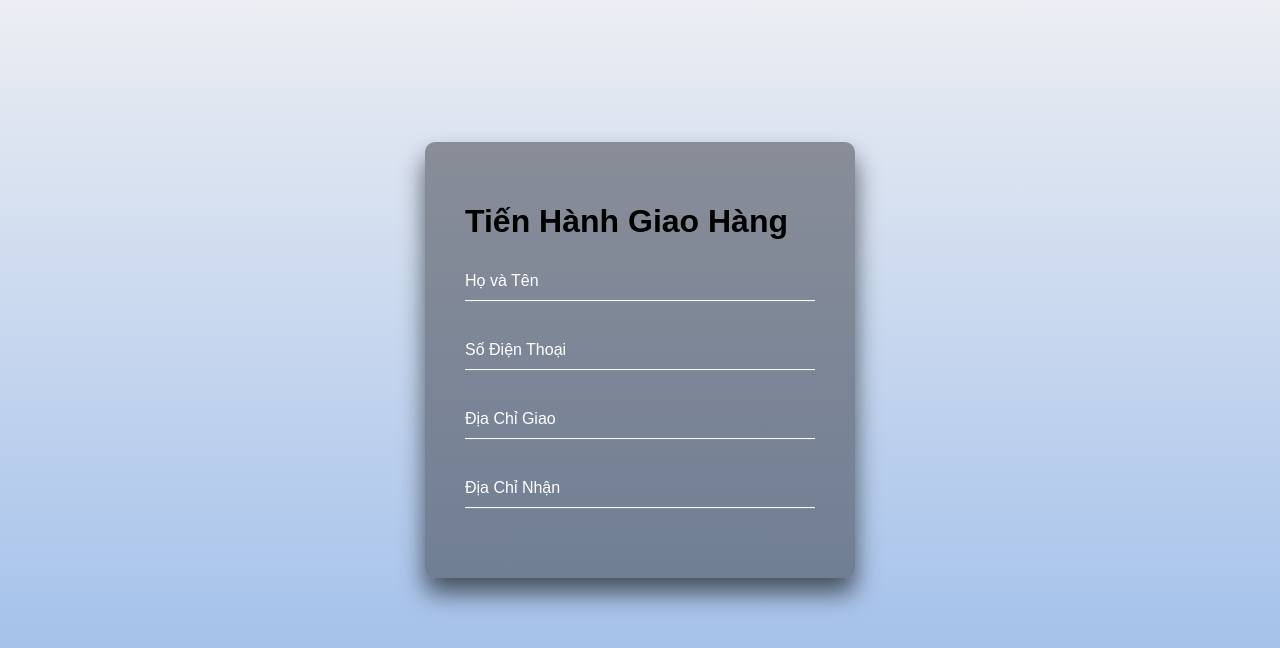
Repository: Pnguyen285/Demo
Page: Giao diện/index.html
These files come from the project's save history. The page is drawn as it stood at one moment and after the next save; the edit follows.
The browser window is 1280 px wide. The pictures show the whole page.

Above is the page before, as saved 2023-07-27 22:15:53.

After the next save:
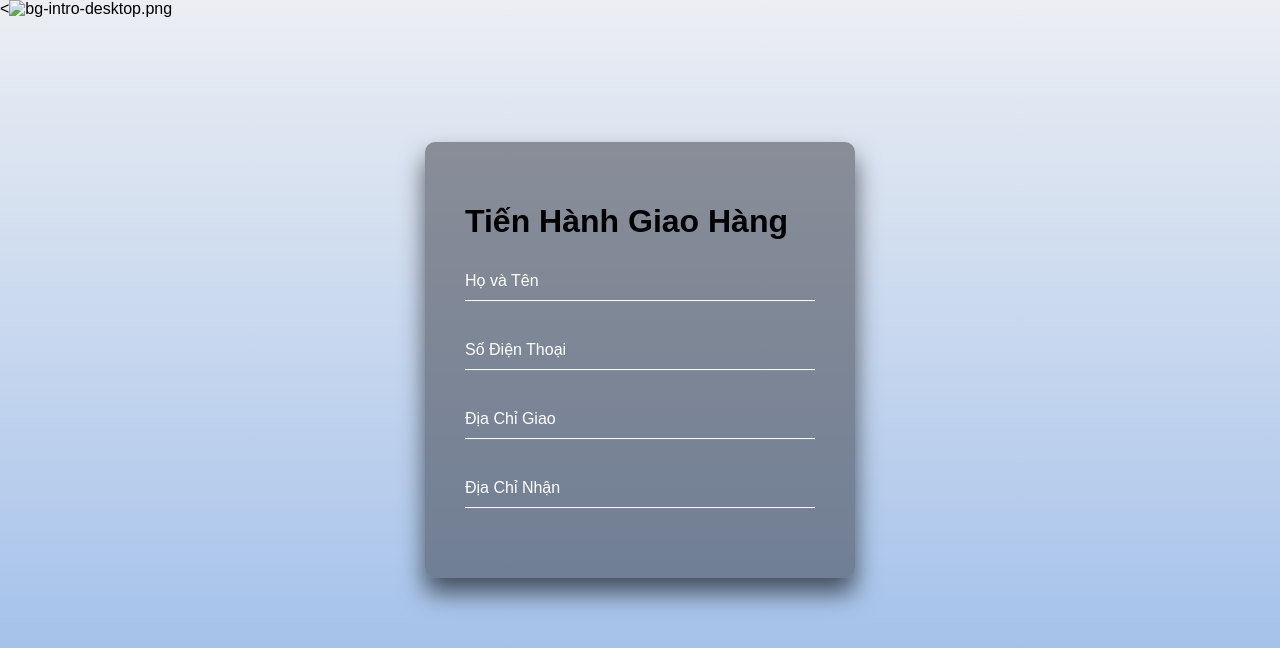
Not found: Giao diện/photo
Saved 7 min 15 s later.
--- a/Giao diện/index.html
+++ b/Giao diện/index.html
@@ -5,16 +5,15 @@
   <meta name="viewport" content="width=device-width, initial-scale=1.0">
   <title>Document</title>
   <link rel="stylesheet" type="" href="style.css">
+  <<img src="photo" alt="bg-intro-desktop.png">
 </head>
 <body>
   <div class="login-box">
     <h1>Tiến Hành Giao Hàng</h1>
     <form>
       <div class="user-box">
-        <span style="font-family: Arial"></span>
         <input type="text" name="" required="">
         <label>Họ và Tên</label>
-
       </div>
       <div class="user-box">
         <input type="text" name="" required="">
